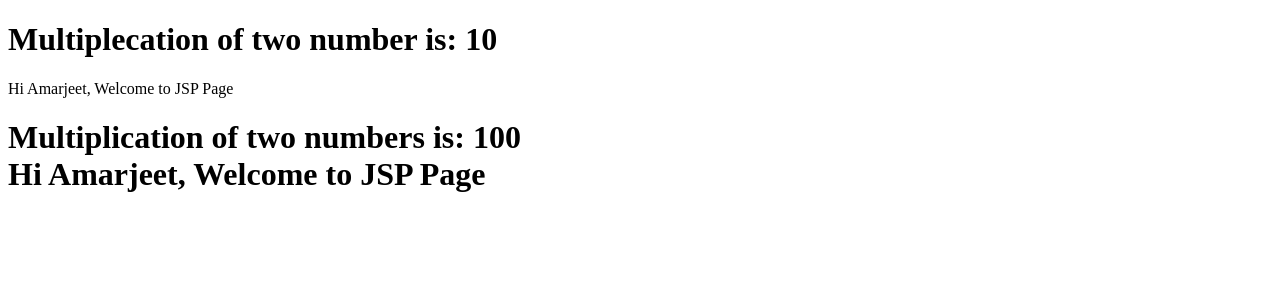
Repository: amarjeetcs/Besant-JSP
Page: http://localhost/HelloWorldUsingJsp/index1.jsp
The author's editor kept a copy of each file at every save. The page is drawn from the files as they stood at one save, then again after the next save.
The browser window is 1280 px wide. The pictures show the whole page.
The page is served by Tomcat 9. Other server files are loaded and not shown.

Above is the page before, as saved 2024-09-13 04:49:53.

### HelloWorldUsingJsp/src/main/webapp/index1.jsp
<%@ page language="java" contentType="text/html; charset=UTF-8"
	pageEncoding="UTF-8"%>
<!DOCTYPE html>
<html>
<head>
<meta charset="UTF-8">
<title>Insert title here</title>
</head>
<body>

	<h1>
		Multiplecation of two number is:
		<%
	out.print(2 * 5);
	%>
	</h1>
	<!--  scriptlet tage -->
	<%
	out.print("Hi Amarjeet, Welcome to JSP Page");
	%>
	<%
	System.out.println(2 * 50);
	%>



	<h1>
		Multiplication of two numbers is:
		<%
	int x = 10;


	System.out.println("this is variable:" + x);
	out.print(2 * 50);
	out.print("<br>Hi Amarjeet, Welcome to JSP Page<br>");
	System.out.println(20 * 5);
	%>
	</h1>



</body>
</html>

After the next save:
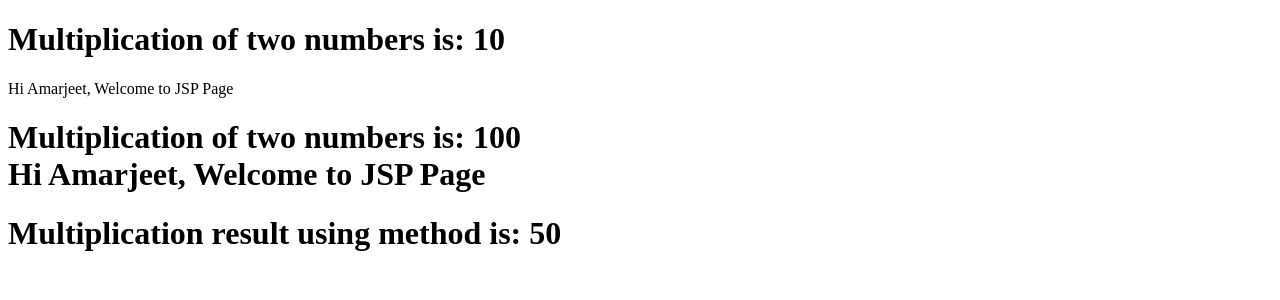
Saved 68 s later.
--- a/HelloWorldUsingJsp/src/main/webapp/index1.jsp
+++ b/HelloWorldUsingJsp/src/main/webapp/index1.jsp
@@ -9,35 +9,65 @@
 <body>
 
 	<h1>
-		Multiplecation of two number is:
+		Multiplication of two numbers is:
 		<%
+	// Multiplication directly inside scriptlet
 	out.print(2 * 5);
 	%>
 	</h1>
-	<!--  scriptlet tage -->
+
+	<!-- Scriptlet for printing a welcome message -->
 	<%
-	out.print("Hi Amarjeet, Welcome to JSP Page");
+	out.print("Hi Amarjeet, Welcome to JSP Page<br>");
 	%>
+
+	<!-- Print multiplication result to the server log -->
 	<%
 	System.out.println(2 * 50);
 	%>
-
-
 
 	<h1>
 		Multiplication of two numbers is:
 		<%
 	int x = 10;
-
-
-	System.out.println("this is variable:" + x);
+	System.out.println("This is variable x: " + x);
 	out.print(2 * 50);
 	out.print("<br>Hi Amarjeet, Welcome to JSP Page<br>");
 	System.out.println(20 * 5);
 	%>
 	</h1>
 
+	<%
+	// Defining a constructor inside the scriptlet
+	class Calculator {
+		int a;
+		int b;
 
+		// Constructor
+		public Calculator(int a, int b) {
+			this.a = a;
+			this.b = b;
+		}
+
+		// Method for multiplication
+		public int multiply() {
+			return a * b;
+		}
+	}
+
+	// Static block
+	{
+		System.out.println("Static block executed");
+	}
+
+	// Creating an instance of the class and calling the method
+	Calculator calc = new Calculator(5, 10);
+	int result = calc.multiply();
+	%>
+
+	<h1>
+		Multiplication result using method is:
+		<%=result%></h1>
 
 </body>
 </html>
